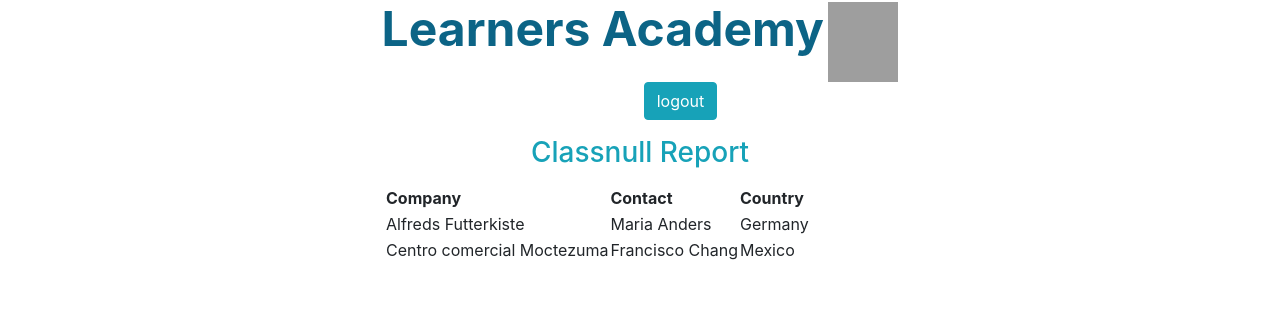
Repository: sindurup/Phase2Project
Page: http://localhost/LearnersAcademyPro/classReport.jsp
An editor plug-in stored every save of this project. The page is shown before and after the next save, followed by the edit.
The browser window is 1280 px wide. The pictures show the whole page.
Pictures or frames that could not be fetched are drawn as grey boxes. Some web libraries are served in a nearby version. The page is served by Tomcat 9.

Above is the page before, as saved 2021-09-29 04:04:59.
Console error: TypeError: Cannot read properties of undefined (reading 'fn')

After the next save:
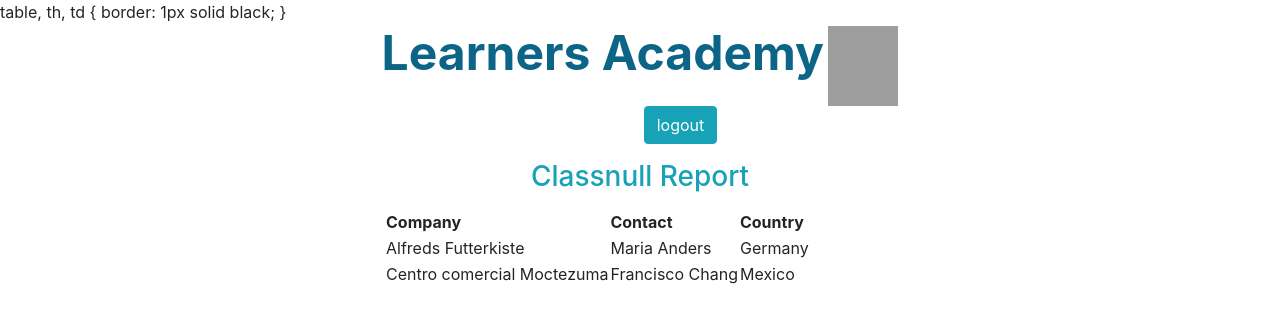
Saved 76 s later.
--- a/LearnersAcademyPro/src/main/webapp/classReport.jsp
+++ b/LearnersAcademyPro/src/main/webapp/classReport.jsp
@@ -1,6 +1,10 @@
 <%@ page language="java" contentType="text/html; charset=ISO-8859-1"
     pageEncoding="ISO-8859-1"%>
 <!DOCTYPE html>
+
+table, th, td {
+  border: 1px solid black;
+}
 <html>
 <link href="//maxcdn.bootstrapcdn.com/bootstrap/4.1.1/css/bootstrap.min.css" rel="stylesheet" id="bootstrap-css">
 <script src="//maxcdn.bootstrapcdn.com/bootstrap/4.1.1/js/bootstrap.min.js"></script>

After the 3 saves that followed:
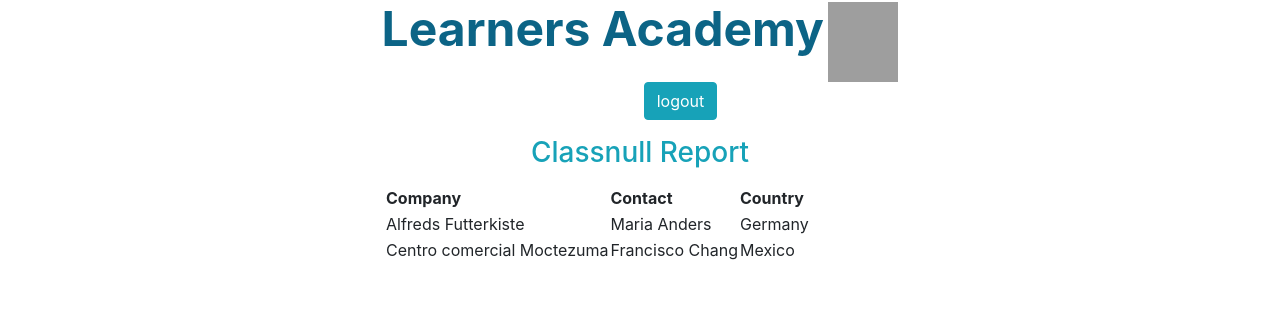
The 3 saves are shown as one change because 2 left the picture as it was.
The last was saved 4 min 0 s later.
--- a/LearnersAcademyPro/src/main/webapp/classReport.jsp
+++ b/LearnersAcademyPro/src/main/webapp/classReport.jsp
@@ -2,17 +2,20 @@
     pageEncoding="ISO-8859-1"%>
 <!DOCTYPE html>
 
-table, th, td {
-  border: 1px solid black;
-}
+
 <html>
 <link href="//maxcdn.bootstrapcdn.com/bootstrap/4.1.1/css/bootstrap.min.css" rel="stylesheet" id="bootstrap-css">
 <script src="//maxcdn.bootstrapcdn.com/bootstrap/4.1.1/js/bootstrap.min.js"></script>
 <script src="//cdnjs.cloudflare.com/ajax/libs/jquery/3.2.1/jquery.min.js"></script>
+
 <head>
 <meta charset="ISO-8859-1">
 <title>Learners Academy</title>
-
+<script type="text/css">
+table, th, td {
+  border: 1px solid black;
+}
+</script>
 </head>
 <body>
 
